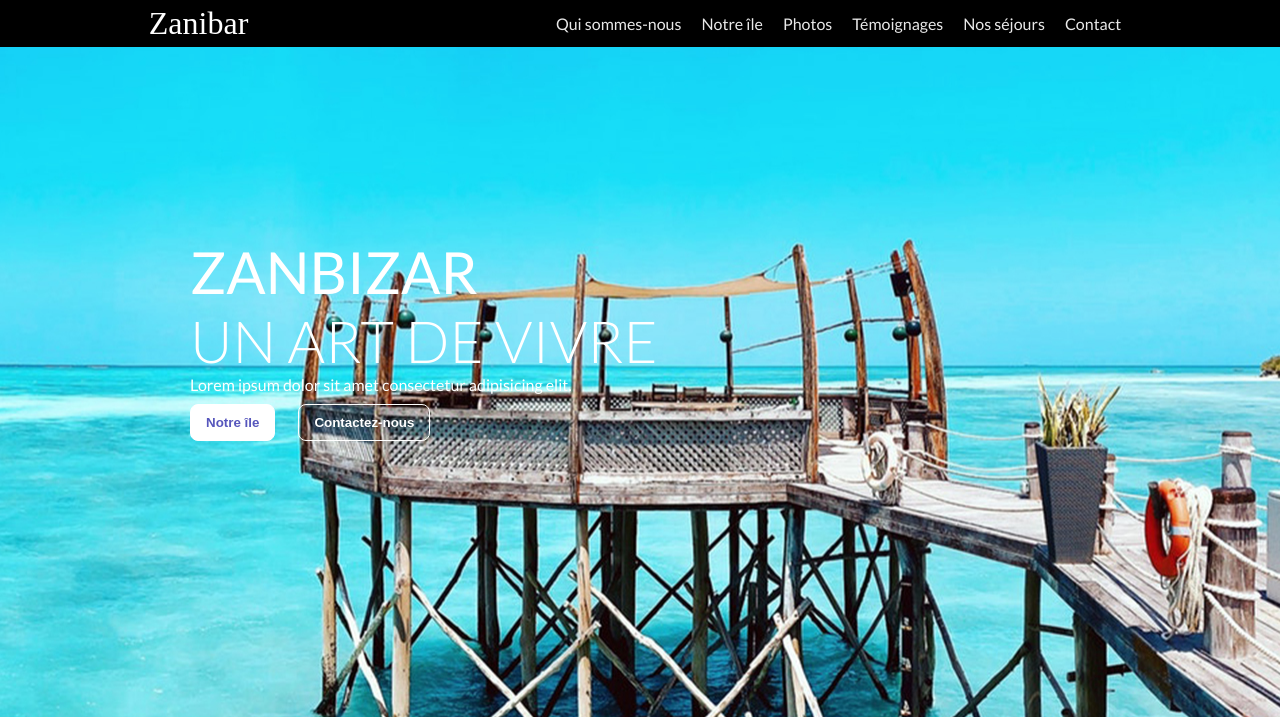
Repository: ypiard85/zanzibar
Page: index.html
These files come from the project's save history. The page is drawn as it stood at one moment and after the next save; the edit follows.
The browser window is 1280 px wide. The pictures show the whole page.
Some web fonts or font styles are not loaded; a fallback is used.

Above is the page before, as saved 2021-02-23 15:15:35.

After the next save:
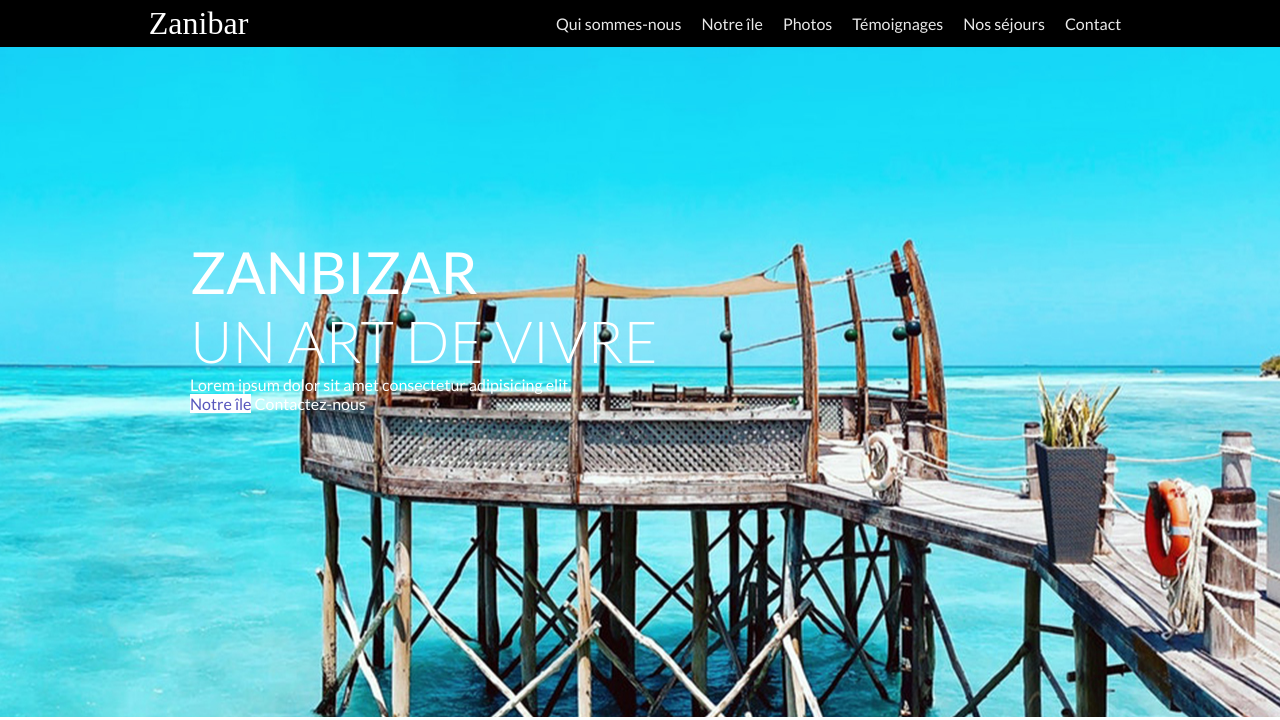
Saved 23 s later.
--- a/index.html
+++ b/index.html
@@ -34,8 +34,8 @@
                 <p class="titlte_first">ZANBIZAR</p>
                 <p class="title_second">UN ART DE VIVRE</p>
                 <p>Lorem ipsum dolor sit amet consectetur adipisicing elit.</p>
-                <button class="btn_plein">Notre île</button>
-                <button class="btn_empty">Contactez-nous</button>
+                <a href="" class="btn_plein">Notre île</a>
+                <a class="btn_empty">Contactez-nous</a>
             </div>
         </section>
     </div>
